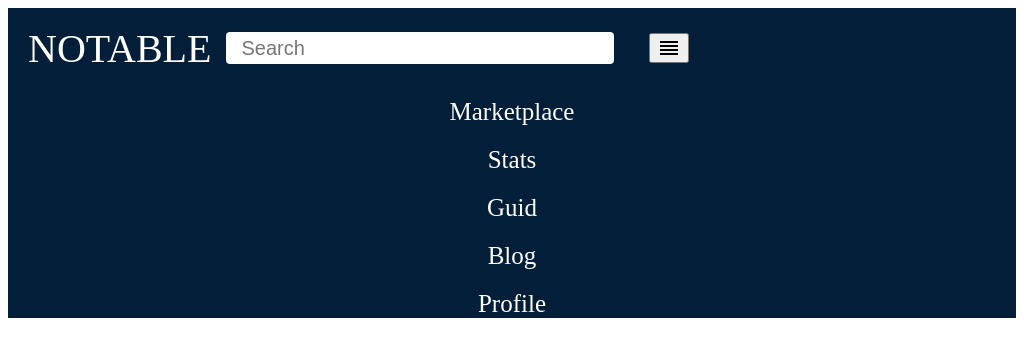
Repository: cvsschaitanya/test
Page: /
These files come from the project's save history. The page is drawn as it stood at one moment and after the next save; the edit follows.
The browser window is 1024 px wide. The pictures show the whole page.
The project was rebuilt for these pictures with package versions that can differ from the ones it lists, and the page was loaded fresh each time.

Above is the page before, as saved 2021-10-20 23:41:01.

After the next save:
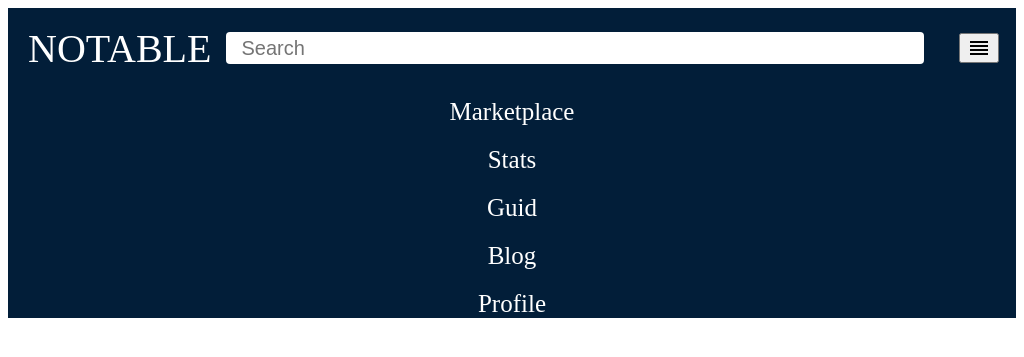
Saved 4 s later.
--- a/src/components/NavBar.css
+++ b/src/components/NavBar.css
@@ -70,7 +70,7 @@
 @media only screen and (max-width: 1200px){
     .NavBar .Left {
         display: flex;
-        flex:10%;
+        flex:90%;
     }
 
     .NavBar .Right {
